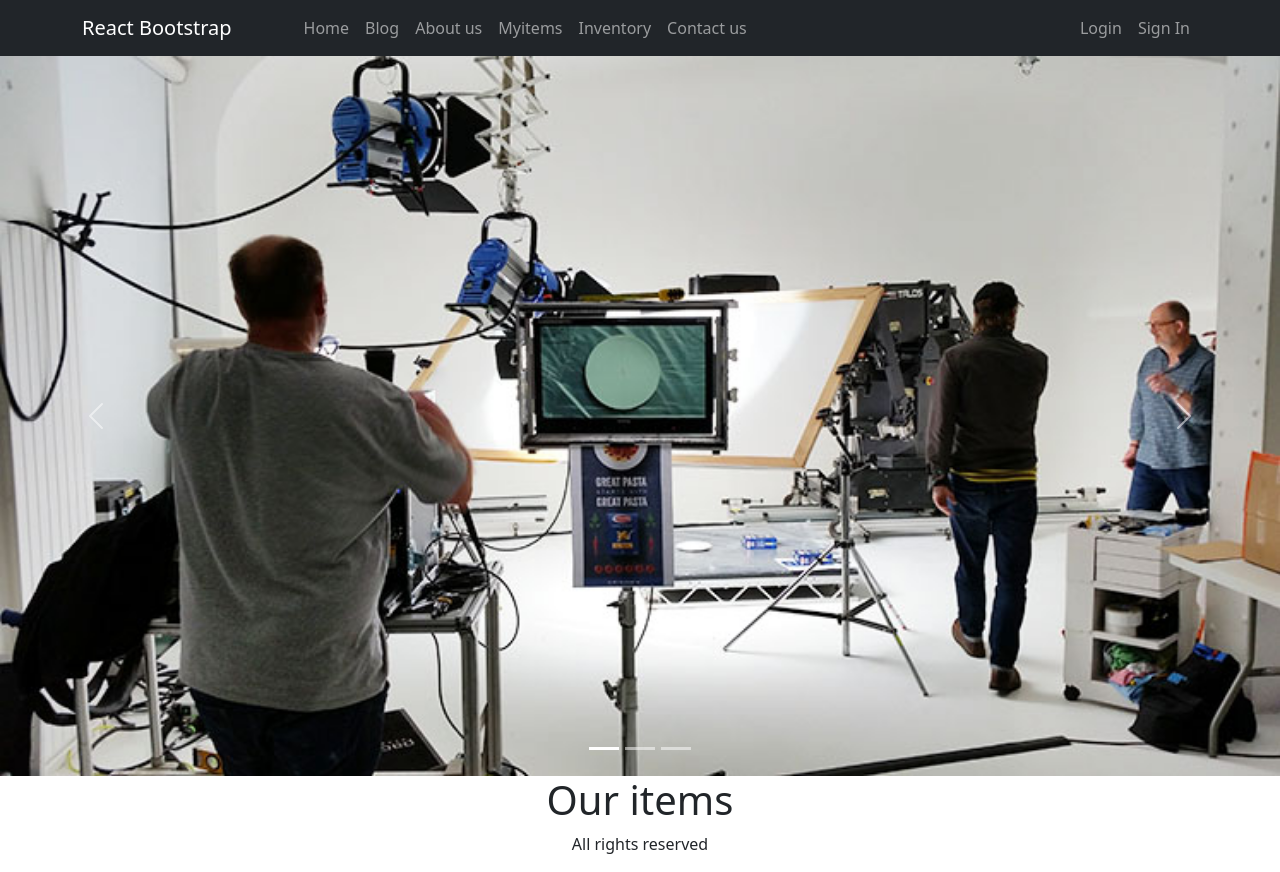
Repository: devsajid/best-motors-warehouse-app
Page: /home
These files come from the project's save history. The page is drawn as it stood at one moment and after a run of saves; the edit follows.
The browser window is 1280 px wide. The pictures show the whole page.
The page's requests for data from a server got no answer. The project was rebuilt for these pictures with package versions that can differ from the ones it lists, and the page was loaded fresh each time. No one was signed in, and anything a server would have sent is missing. Also part of the build but not shown: src/Components/Item/Item.js, src/firebase.init.js, src/Components/Register/Register.js, src/Components/Signin/Signin.css, src/Components/Signin/Signin.js, src/Components/Blogs/Blogs.js, src/Components/About/About.js, src/Components/RequireAuth/RequireAuth.js and 6 more.

Above is the page before, as saved 2022-05-08 12:30:30.

### src/App.js
import "./App.css";
import { Route, Routes } from "react-router-dom";
import Headers from "./Components/Headers/Headers";
import Home from "./Components/Home/Home";
import Register from "./Components/Register/Register";
import Signin from "./Components/Signin/Signin";
import Blogs from "./Components/Blogs/Blogs";
import About from "./Components/About/About";
import RequireAuth from "./Components/RequireAuth/RequireAuth";
import Checkout from "./Components/Checkout/Checkout";
import "bootstrap/dist/css/bootstrap.min.css";
import NotFound from "./Components/NotFound/NotFound";
import Footer from "./Components/Footer/Footer";
import Inventory from "./Components/Inventory/Inventory";
import Contact from "./Components/Contact/Contact";
import MyItems from "./Components/MyItems/MyItems";
import ItemDetails from "./Components/ItemDetails/ItemDetails";

function App() {
  return (
    <div className="App">
      <Headers></Headers>
      <Routes>
        <Route path="/" element={<Home></Home>}></Route>
        <Route path="/home" element={<Home></Home>}></Route>
        <Route path="/Register" element={<Register></Register>}></Route>
        <Route path="/Signin" element={<Signin></Signin>}></Route>
        <Route path="/Blogs" element={<Blogs></Blogs>}></Route>
        <Route path="/About" element={<About></About>}></Route>
        <Route path="/Contact" element={<Contact></Contact>}></Route>
        <Route path="/myItems" element={<MyItems></MyItems>}></Route>
        <Route
          path="/ItemDetails/:id"
          element={<ItemDetails></ItemDetails>}
        ></Route>
        <Route path="/Inventory" element={<Inventory></Inventory>}></Route>
        <Route
          path="/Checkout"
          element={
            <RequireAuth>
              <Checkout></Checkout>
            </RequireAuth>
          }
        ></Route>
        <Route path="/*" element={<NotFound />} />
      </Routes>
      <Footer></Footer>
    </div>
  );
}

export default App;

### src/Components/Headers/Headers.js
import React from "react";
// import "./Headers.css";
// import { Link } from "react-router-dom";
// import { useAuthState } from "react-firebase-hooks/auth";
// import auth from "../../firebase.init";
// import { signOut } from "firebase/auth";
import { Navbar, Container, Nav } from "react-bootstrap";

function Headers() {
  // const [user] = useAuthState(auth);
  // const handleSignOut = () => {
  //   signOut(auth);
  // };

  return (
    <div>
      {" "}
      <Navbar collapseOnSelect expand="lg" bg="dark" variant="dark">
        <Container>
          <Navbar.Brand href="home"> React Bootstrap</Navbar.Brand>

          <Navbar.Toggle aria-controls="responsive-navbar-nav" />
          <Navbar.Collapse id="responsive-navbar-nav">
            <Nav
              className="me-auto m-5 my-lg-0"
              style={{ maxHeight: "100px" }}
              navbarScroll
            >
              <Nav.Link href="/">Home</Nav.Link>
              <Nav.Link href="/Blogs">Blog</Nav.Link>
              <Nav.Link href="/About">About us</Nav.Link>
              <Nav.Link href="/myItems">Myitems</Nav.Link>
              <Nav.Link href="/Inventory">Inventory</Nav.Link>
              <Nav.Link href="/Contact">Contact us</Nav.Link>
            </Nav>
            <Nav>
              <Nav.Link href="/Register">Login</Nav.Link>
              <Nav.Link eventKey={2} href="/Signin">
                Sign In
              </Nav.Link>
            </Nav>
          </Navbar.Collapse>
        </Container>
      </Navbar>
    </div>
  );
}

//   return (
//     <div>
//       <nav class="navbar navbar-expand-lg navbar-light bg-light">
//         <div class="container-fluid">
//           <Link to="/" class="navbar-brand">
//             <h4>MR Rana Photography</h4>
//           </Link>
//           <button
//             class="navbar-toggler"
//             type="button"
//             data-bs-toggle="collapse"
//             data-bs-target="#navbarNav"
//             aria-controls="navbarNav"
//             aria-expanded="false"
//             aria-label="Toggle navigation"
//           >
//             <span class="navbar-toggler-icon"></span>
//           </button>
//           <div class="collapse navbar-collapse" id="navbarNav">
//             <ul class="navbar-nav">
//               <li class="nav-item">
//                 <Link to="/" class="nav-link active"aria-current="page">
//                   Home
//                 </Link>
//               </li>
//               <li class="nav-item">
//                 <Link to="/Blogs" class="nav-link">
//                   Blog
//                 </Link>
//               </li>
//               <li class="nav-item">
//                 <Link to="/About" class="nav-link">
//                   About
//                 </Link>
//               </li>
//               <li class="nav-item">
//                 <Link to="/MyItems" class="nav-link">
//                   MyItems
//                 </Link>
//               </li>
//               <li class="nav-item">
//                 <Link to="/Inventory" class="nav-link">
//                   Inventory
//                 </Link>
//               </li>
//               <li class="nav-item">
//                 <Link to="/Register" class="nav-link">
//                   Register
//                 </Link>
//               </li>
//               <li class="nav-item">
//                 {user ? (
//                   <button
//                     onClick={handleSignOut}
//                     class="nav-link btn btn-light"
//                   >
//                     Sign Out
//                   </button>
//                 ) : (
//                   <Link to="/Signin" class="nav-link">
//                     Signin
//                   </Link>
//                 )}
//               </li>
//             </ul>
//           </div>
//         </div>
//       </nav>
//     </div>
//   );

export default Headers;

### src/Components/Home/Home.js
import React from "react";
import slide1 from "../../img/slide/1.jpg";
import slide2 from "../../img/slide/2.jpg";
import slide3 from "../../img/slide/3.jpg";
import Items from "../Items/Items";
function Home() {
  return (
    <div>
      <div
        id="carouselExampleIndicators"
        class="carousel slide"
        data-bs-ride="carousel"
      >
        <div class="carousel-indicators">
          <button
            type="button"
            data-bs-target="#carouselExampleIndicators"
            data-bs-slide-to="0"
            class="active"
            aria-current="true"
            aria-label="Slide 1"
          ></button>
          <button
            type="button"
            data-bs-target="#carouselExampleIndicators"
            data-bs-slide-to="1"
            aria-label="Slide 2"
          ></button>
          <button
            type="button"
            data-bs-target="#carouselExampleIndicators"
            data-bs-slide-to="2"
            aria-label="Slide 3"
          ></button>
        </div>
        <div class="carousel-inner">
          <div class="carousel-item active">
            <img src={slide1} class="d-block w-100" alt="slide1" />
          </div>
          <div class="carousel-item">
            <img src={slide2} class="d-block w-100" alt="slide2" />
          </div>
          <div class="carousel-item">
            <img src={slide3} class="d-block w-100" alt="slide3" />
          </div>
        </div>
        <button
          class="carousel-control-prev"
          type="button"
          data-bs-target="#carouselExampleIndicators"
          data-bs-slide="prev"
        >
          <span class="carousel-control-prev-icon" aria-hidden="true"></span>
          <span class="visually-hidden">Previous</span>
        </button>
        <button
          class="carousel-control-next"
          type="button"
          data-bs-target="#carouselExampleIndicators"
          data-bs-slide="next"
        >
          <span class="carousel-control-next-icon" aria-hidden="true"></span>
          <span class="visually-hidden">Next</span>
        </button>
      </div>

      <div>
        <Items></Items>
      </div>
    </div>
  );
}

export default Home;

### src/Components/Footer/Footer.js
import React from 'react'

function Footer() {
  return (
    <div>
        <p>All rights reserved</p>
    </div>
  )
}

export default Footer

### src/Components/Items/Items.js
import React from "react";
import { useState, useEffect } from "react";
import Item from "../Item/Item";
const Items = () => {
  const [items, setItems] = useState([]);
  useEffect(() => {
    fetch("http://localhost:5000/Warehouse-item")
      .then((res) => res.json())
      .then((data) => setItems(data));
  }, []);
  return (
    <div>
      <h1 className="items-title">Our items</h1>
      {items.map((item) => (
        <Item key={item._id} item={item}></Item>
      ))}
    </div>
  );
};

export default Items;

Loaded but not shown: public/index.html (common file); src/index.js (common file); src/index.css (common file); src/App.css (common file)

After the next 7 saves:
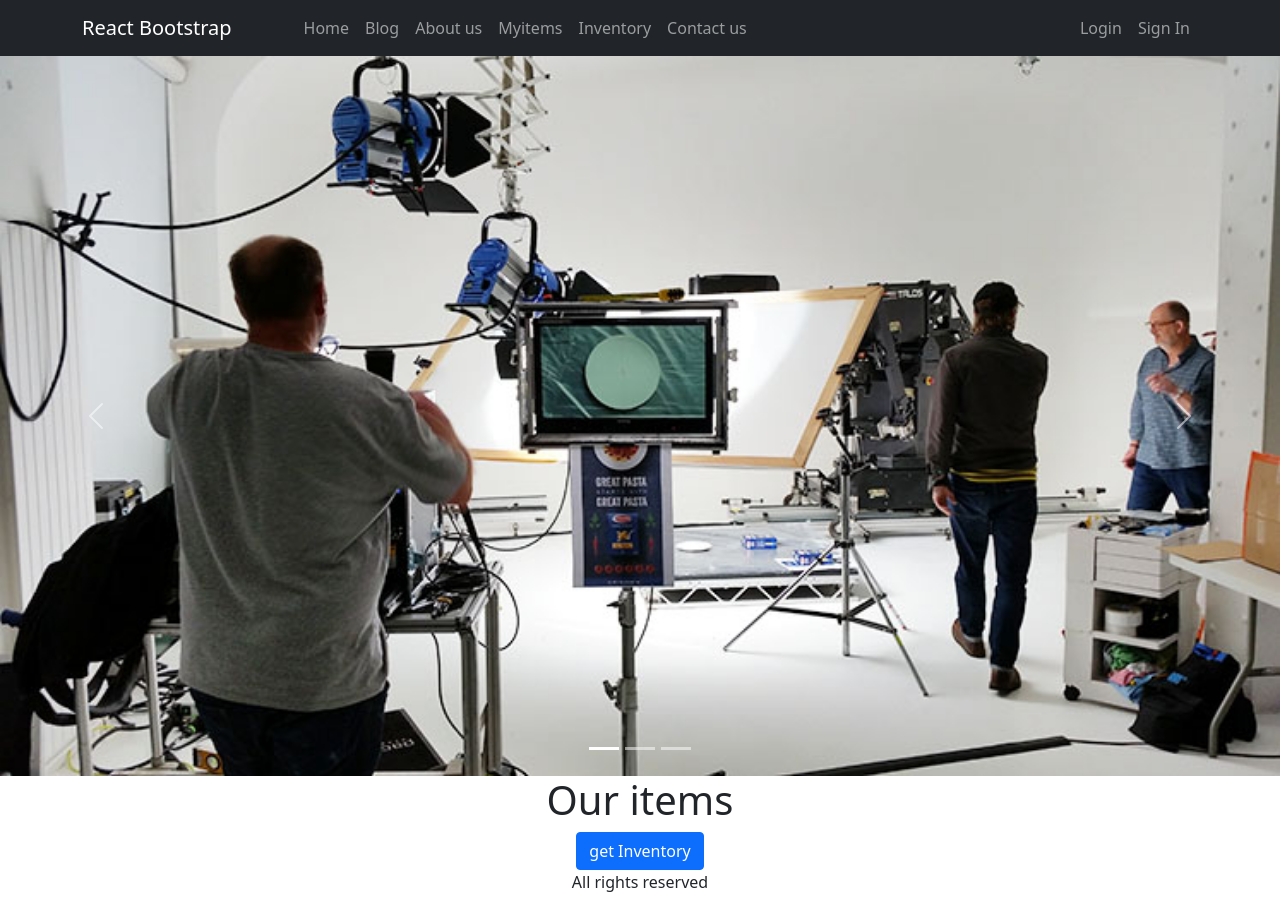
The 7 saves are shown as one change because 3 did not build or start and some came seconds apart.
The last was saved 3 h 26 min later.
--- a/src/Components/Home/Home.js
+++ b/src/Components/Home/Home.js
@@ -1,4 +1,5 @@
 import React from "react";
+import { Link } from "react-router-dom";
 import slide1 from "../../img/slide/1.jpg";
 import slide2 from "../../img/slide/2.jpg";
 import slide3 from "../../img/slide/3.jpg";
@@ -67,6 +68,11 @@ function Home() {
       <div>
         <Items></Items>
       </div>
+      <div>
+        <Link to="/Inventory" class="btn btn-primary">
+          get Inventory
+        </Link>
+      </div>
     </div>
   );
 }
